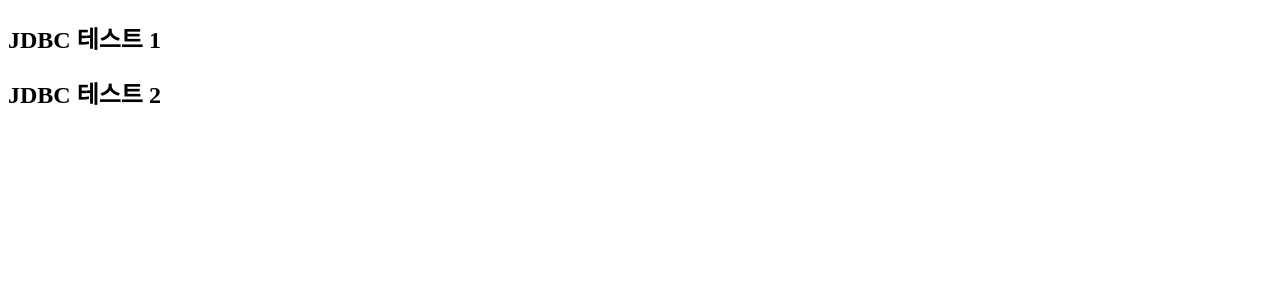
Repository: ssing365/JSPStudy
Page: http://localhost/JSPServlet/05Database/ConnectionTest.jsp
An editor plug-in stored every save of this project. The page is shown before and after a run of saves, followed by the edit.
The browser window is 1280 px wide. The pictures show the whole page.
The page is served by Tomcat 10.

Above is the page before, as saved 2024-11-04 00:52:37.

After the next 2 saves:
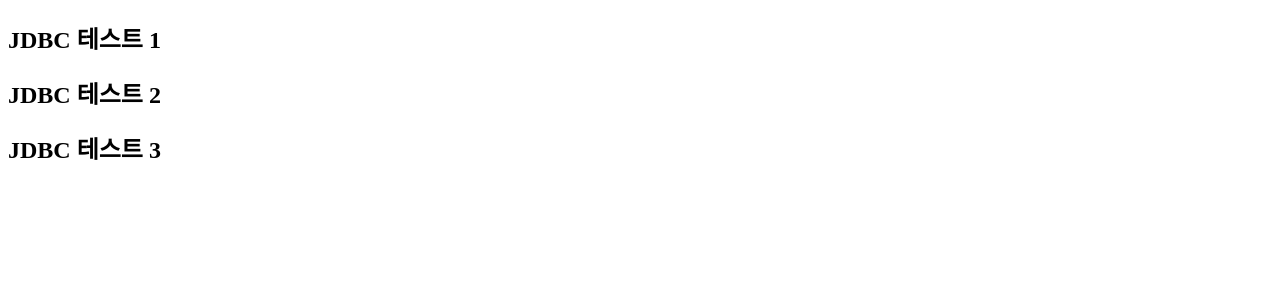
The 2 saves are shown as one change because 1 did not build or start.
The last was saved 88 s later.
--- a/JSPServlet/src/main/webapp/05Database/ConnectionTest.jsp
+++ b/JSPServlet/src/main/webapp/05Database/ConnectionTest.jsp
@@ -28,5 +28,11 @@
 	jdbc1.close();
 	%>
 
+	<h2>JDBC 테스트 3</h2>
+	<%
+	JDBConnect jdbc3 = new JDBConnect(application);
+	jdbc3.close();
+	%>
+
 </body>
 </html>
